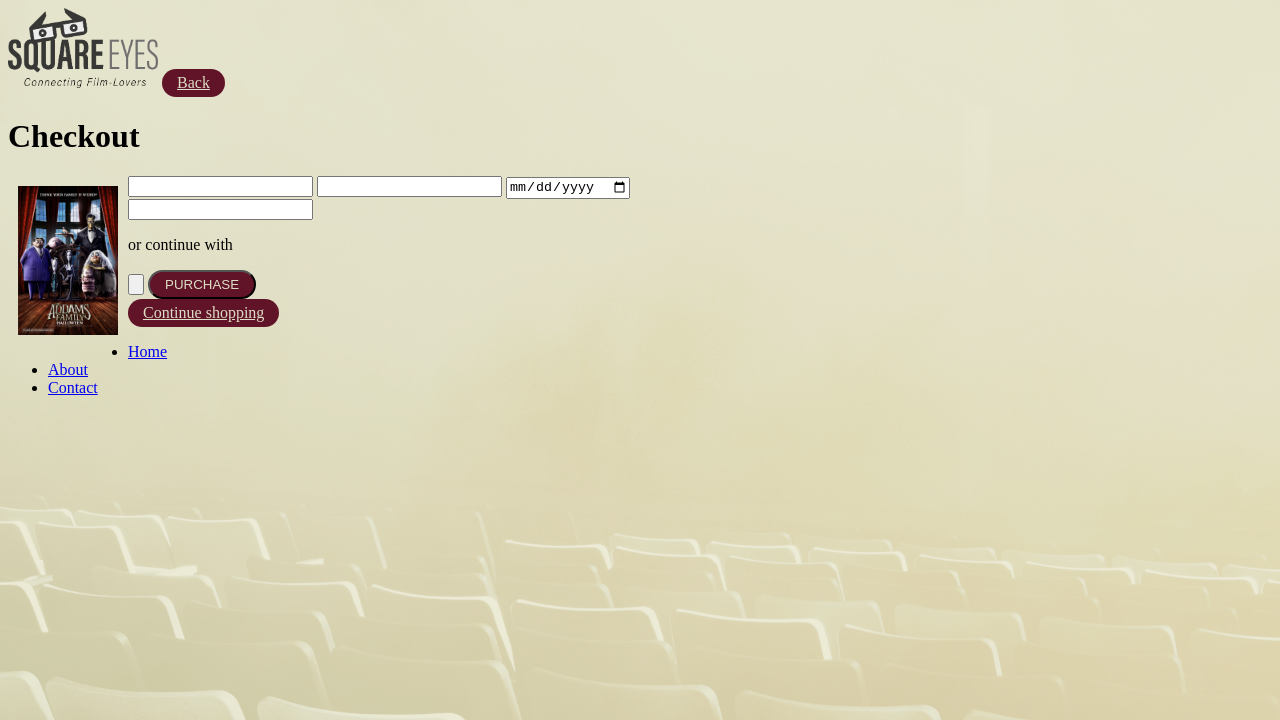
Repository: Noroff-FEU-Assignments/cross-course-project-Bekkholt
Page: checkout.html
An editor plug-in stored every save of this project. The page is shown before and after the next save, followed by the edit.
The browser window is 1280 px wide. The pictures show the whole page.

Above is the page before, as saved 2022-10-31 11:30:56.

After the next save:
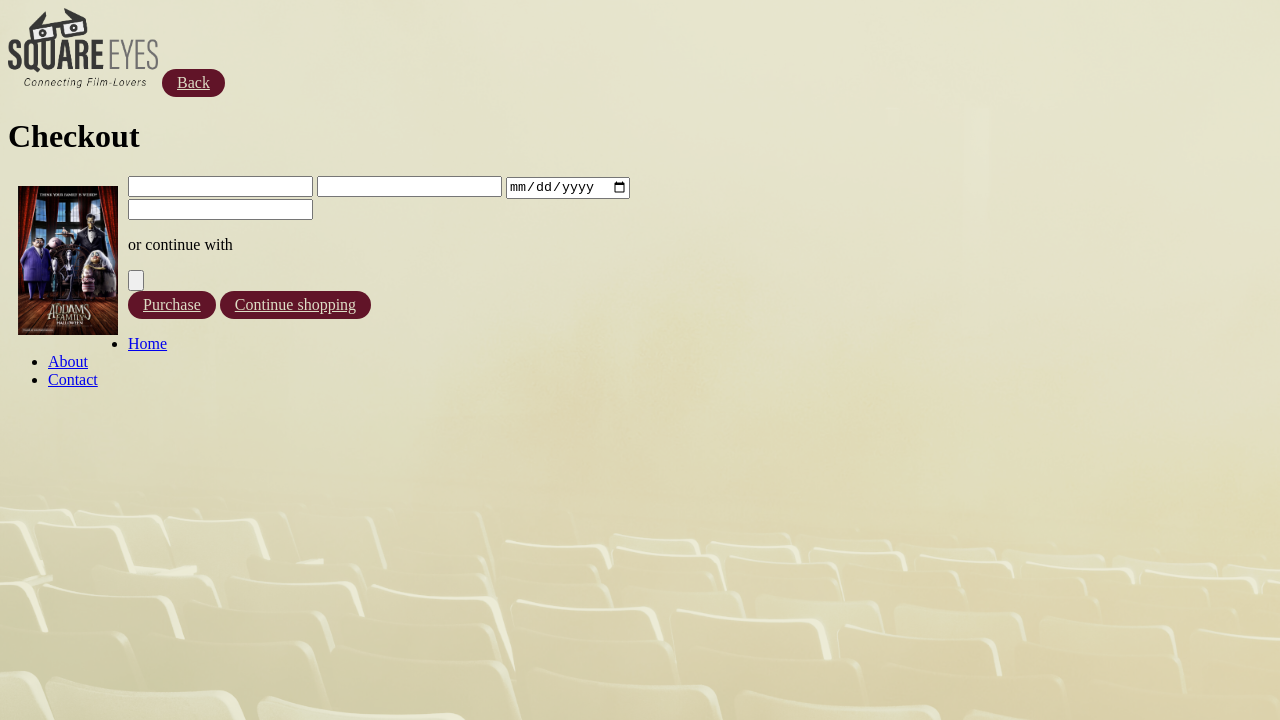
Saved 64 s later.
--- a/checkout.html
+++ b/checkout.html
@@ -23,8 +23,8 @@
     <input type="number" name="CCV" />
     <p>or continue with</p>
     <input type="button" name="paypal" />
-    <input type="submit" value="PURCHASE" class="cta purchase" href="checkout-success.html" />
     </form>
+    <a href="checkout-success.html" class="cta">Purchase</a>
     <a href="product-list.html" class="cta">Continue shopping</a>
   </main>
   <footer>
